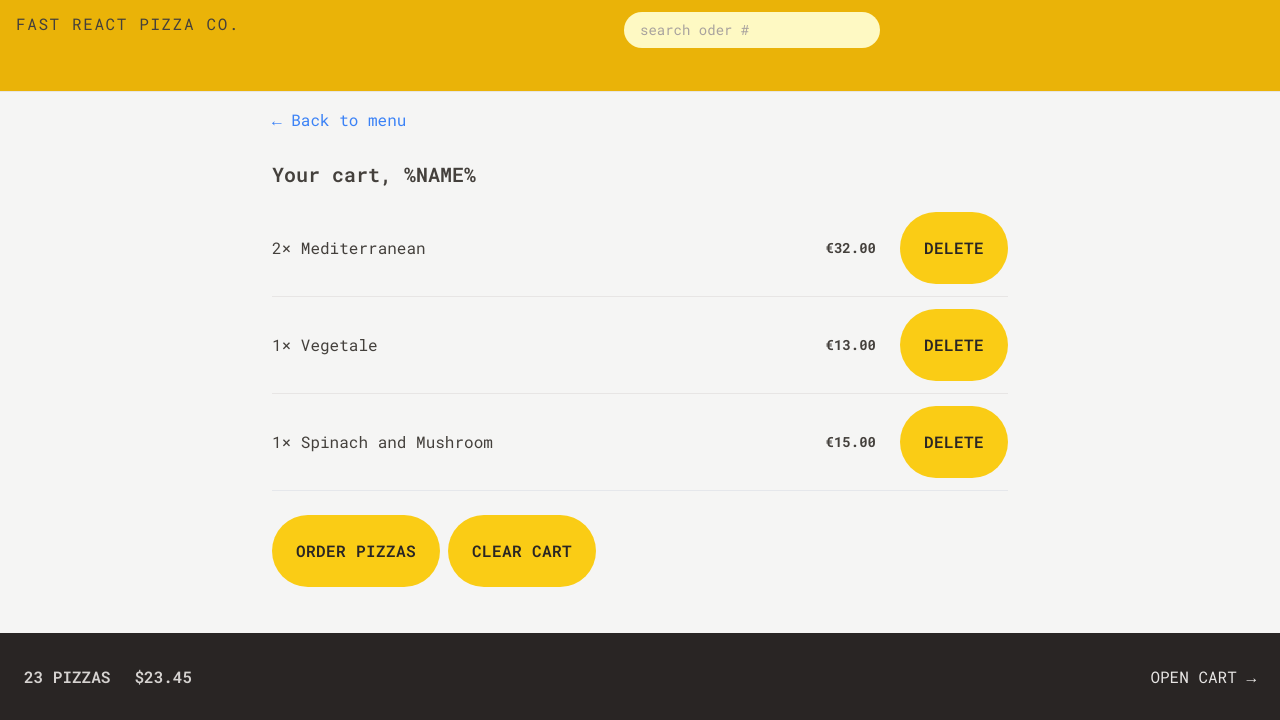
Repository: ayakhaled0001/pizza-delivery
Page: /cart
An editor plug-in stored every save of this project. The page is shown before and after the next save, followed by the edit.
The browser window is 1280 px wide. The pictures show the whole page.
The project was rebuilt for these pictures with package versions that can differ from the ones it lists, and the page was loaded fresh each time. Also part of the build but not shown: vite.config.js, src/features/user/CreateUser.jsx, src/ui/Home.jsx, src/services/apiRestaurant.jsx, src/features/menu/MenuItem.jsx, src/features/menu/Menu.jsx, src/features/order/OrderItem.jsx, src/features/order/Order.jsx and 2 more. Imported but missing from the stored project, and not drawn on this page: src/features/order/CreateOrder.

Above is the page before, as saved 2025-05-08 20:44:27.

### index.html
<!DOCTYPE html>
<html lang="en">
  <head>
    <meta charset="UTF-8" />
    <link rel="icon" type="image/svg+xml" href="/vite.svg" />
    <meta name="viewport" content="width=device-width, initial-scale=1.0" />
    <link rel="preconnect" href="https://fonts.googleapis.com" />
    <link rel="preconnect" href="https://fonts.gstatic.com" crossorigin />
    <link
      href="https://fonts.googleapis.com/css2?family=Roboto+Mono:ital,wght@0,100..700;1,100..700&display=swap"
      rel="stylesheet" />
    <title>fast react pizza</title>
  </head>
  <body class="bg-stone-100 text-stone-700">
    <div id="root"></div>
    <script type="module" src="/src/main.jsx"></script>
  </body>
</html>

### src/main.jsx
import { StrictMode } from "react";
import { createRoot } from "react-dom/client";
import App from "./App.jsx";
import "./index.css";
import { Provider } from "react-redux";
import store from "./store.js";

createRoot(document.getElementById("root")).render(
  <StrictMode>
    <Provider store={store}>
      <App />
    </Provider>
  </StrictMode>
);

### src/App.jsx
import { createBrowserRouter, RouterProvider } from "react-router-dom";
import Home from "./ui/Home";
import Menu, { loader as menuLoader } from "./features/menu/Menu";
import Cart from "./features/cart/Cart";
import CreateOrder, {
  action as CreateOrderAction,
} from "./features/order/CreateOrder";
import Order, { loader as orderLoader } from "./features/order/Order";
import AppLayout from "./ui/AppLayout";
import Error from "./ui/Error";
const router = createBrowserRouter([
  {
    element: <AppLayout />,
    children: [
      { path: "/", element: <Home /> },
      {
        path: "/menu",
        element: <Menu />,
        loader: menuLoader,
        errorElement: <Error />,
      },
      { path: "/cart", element: <Cart /> },
      {
        path: "/order/new",
        element: <CreateOrder />,
        action: CreateOrderAction,
      },
      {
        path: "/order/:orderId",
        element: <Order />,
        loader: orderLoader,
        errorElement: <Error />,
      },
    ],
  },
]);
function App() {
  return <RouterProvider router={router} />;
}

export default App;

### src/index.css
@tailwind base;
@tailwind components;
@tailwind utilities;

@layer components {
  .input {
    @apply rounded-full border
    border-stone-200
    px-4 py-2 text-sm transition-all
    duration-300 focus:outline-none
    focus:ring focus:ring-yellow-400
    md:px-5;
  }

  .loader {
    width: 45px;
    aspect-ratio: 0.75;
    --c: no-repeat linear-gradient(theme(colors.stone.700) 0 0);
    background: var(--c) 0% 50%, var(--c) 50% 50%, var(--c) 100% 50%;
    background-size: 20% 50%;
    animation: loading 1s infinite linear;
  }

  @keyframes loading {
    20% {
      background-position: 0% 0%, 50% 50%, 100% 50%;
    }
    40% {
      background-position: 0% 100%, 50% 0%, 100% 50%;
    }
    60% {
      background-position: 0% 50%, 50% 100%, 100% 0%;
    }
    80% {
      background-position: 0% 50%, 50% 50%, 100% 100%;
    }
  }
}

/* body {
  font-family: system-ui, -apple-system, BlinkMacSystemFont, "Segoe UI", Roboto,
    Oxygen, Ubuntu, Cantarell, "Open Sans", "Helvetica Neue", sans-serif;
  background-color: #f7f7f7;
  color: #444;
}

.layout {
  display: grid;
  grid-template-rows: auto 1fr auto;
  gap: 32px;
  height: 100dvh;
} */

/* https://dev.to/afif/i-made-100-css-loaders-for-your-next-project-4eje */

### src/store.js
import { configureStore } from "@reduxjs/toolkit";

import userReducer from "./features/user/userSlice";
const store = configureStore({
  reducer: {
    user: userReducer,
  },
});

export default store;

### src/features/cart/Cart.jsx
import { Link } from "react-router-dom";
import LinkButton from "../../ui/LinkButton";
import Button from "../../ui/Button";
import CartItem from "./CartItem";

const fakeCart = [
  {
    pizzaId: 12,
    name: "Mediterranean",
    quantity: 2,
    unitPrice: 16,
    totalPrice: 32,
  },
  {
    pizzaId: 6,
    name: "Vegetale",
    quantity: 1,
    unitPrice: 13,
    totalPrice: 13,
  },
  {
    pizzaId: 11,
    name: "Spinach and Mushroom",
    quantity: 1,
    unitPrice: 15,
    totalPrice: 15,
  },
];

function Cart() {
  const cart = fakeCart;

  return (
    <div className="px-4 py-4">
      <LinkButton to="/menu">&larr; Back to menu</LinkButton>

      <h2 className="mt-7 text-xl font-semibold">Your cart, %NAME%</h2>
      <ul className="divide-y divide-stone-200 border-b mt-3 ">
        {cart.map((item) => (
          <CartItem key={item.key} item={item} />
        ))}
      </ul>
      <div className="mt-6 space-x-2">
        <Button to="/order/new">Order pizzas</Button>
        {/* <Link>Order pizzas</Link> */}
        <Button>Clear cart</Button>
      </div>
    </div>
  );
}

export default Cart;

### src/ui/AppLayout.jsx
import Header from "./Header";
import CartOverview from "../features/cart/CartOverview";
import { Outlet, useNavigation } from "react-router-dom";
import Loader from "./Loader";

function AppLayout() {
  const navigation = useNavigation();
  const isLoading = navigation.state === "loading";
  console.log(navigation.state);
  return (
    <div className="grid h-screen grid-row-[auto_1fr_auto]">
      {isLoading && <Loader />}

      <Header />
      <div className="">
        <main className="max-w-3xl mx-auto">
          <Outlet />
        </main>
      </div>
      <CartOverview />
    </div>
  );
}

export default AppLayout;

### src/features/user/userSlice.js
// function getPosition() {
//   return new Promise(function (resolve, reject) {
//     navigator.geolocation.getCurrentPosition(resolve, reject);
//   });
// }

import { createSlice } from "@reduxjs/toolkit";

// async function fetchAddress() {
//   // 1) We get the user's geolocation position
//   const positionObj = await getPosition();
//   const position = {
//     latitude: positionObj.coords.latitude,
//     longitude: positionObj.coords.longitude,
//   };

//   // 2) Then we use a reverse geocoding API to get a description of the user's address, so we can display it the order form, so that the user can correct it if wrong
//   const addressObj = await getAddress(position);
//   const address = `${addressObj?.locality}, ${addressObj?.city} ${addressObj?.postcode}, ${addressObj?.countryName}`;

//   // 3) Then we return an object with the data that we are interested in
//   return { position, address };
// }

const initialState = {
  username: "",
};

const userSlice = createSlice({
  name: "user",
  initialState,
  reducers: {
    updateName(state, action) {
      state.username = action.payload;
    },
  },
});

export const { updateName } = userSlice.actions;

export default userSlice.reducer;

### src/ui/LinkButton.jsx
import { Link, useNavigate } from "react-router-dom";

function LinkButton({ children, to }) {
  const navigate = useNavigate();
  if (to === -1)
    return (
      <button
        onClick={() => navigate(-1)}
        className="tex-sm text-blue-500 hover:text-blue-700 hover:underline">
        {children}
      </button>
    );
  return (
    <Link
      to={to}
      className="tex-sm text-blue-500 hover:text-blue-700 hover:underline">
      {children}
    </Link>
  );
}

export default LinkButton;

### src/ui/Button.jsx
import { Link } from "react-router-dom";

function Button({ disabled, children, to }) {
  const className = `bg-yellow-400 uppercase font-semibold
    text-stone-800 py-3 px-4
     inline-block tracking-wide
     rounded-full hover:bg-yellow-300  transition-all duration-300
    focus:outline-none focus:ring focus:ring-yellow-300 focus:ring-offset-2
    disabled:cursor-not-allowed sm:px-6 sm:py-6`;
  if (to)
    return (
      <Link to={to} className={className}>
        {children}
      </Link>
    );
  return (
    <button disabled={disabled} className={className}>
      {children}
    </button>
  );
}

export default Button;

### src/features/cart/CartItem.jsx
import Button from "../../ui/Button";
import { formatCurrency } from "../../utilities/helpers";

function CartItem({ item }) {
  const { pizzaId, name, quantity, totalPrice } = item;

  return (
    <li className="py-3 sm:flex sm:items-center sm:justify-between">
      <p className="mb-1 sm:mb-0">
        {quantity}&times; {name}
      </p>
      <div className="flex justify-between items-center sm:gap-6">
        <p className="text-sm font-bold">{formatCurrency(totalPrice)}</p>
        <Button>Delete</Button>
      </div>
    </li>
  );
}

export default CartItem;

### src/ui/Header.jsx
import { Link } from "react-router-dom";
import SearchOrder from "../features/order/SearchOrder.jsx";
import UserName from "../features/user/UserName.jsx";

function Header() {
  return (
    <header className=" flex justify-between bg-yellow-500 px-4 py-3 uppercase border-b border-stone-200">
      <Link to="/" className="tracking-widest">
        Fast React Pizza Co.
      </Link>
      <SearchOrder />
      <UserName />
    </header>
  );
}

export default Header;

### src/features/cart/CartOverview.jsx
import { Link } from "react-router-dom";

function CartOverview() {
  return (
    <div
      className="bg-stone-800 text-stone-200 uppercase p-4 sm:px-6 px-4 py-4
    md:text-base flex items-center justify-between">
      <p className="text-stone-300 sm:space-x-6 font-semibold space-x-4">
        <span>23 pizzas</span>
        <span>$23.45</span>
      </p>
      <Link to="/cart">Open cart &rarr;</Link>
    </div>
  );
}

export default CartOverview;

### src/features/order/SearchOrder.jsx
import { useState } from "react";
import { useNavigate } from "react-router-dom";

function SearchOrder() {
  const [query, setQuery] = useState("");
  const navigate = useNavigate();
  function handleSubmit(e) {
    e.preventDefault();
    if (!query) return;
    navigate(`/order/${query}`);
    setQuery("");
  }
  return (
    <form onSubmit={handleSubmit}>
      <input
        placeholder="search oder #"
        value={query}
        onChange={(e) => setQuery(e.target.value)}
        className="duration-300 sm:w-64 focus:outline-none focus:ring
         focus:ring-yellow-500 focus:ring-opacity-50  sm:focus:w-72 transition-all w-28
         bg-yellow-100 rounded-full px-4 py-2 text-sm placeholder:text-stone-400"
      />
    </form>
  );
}

export default SearchOrder;

### src/features/user/UserName.jsx
import { useSelector } from "react-redux";

function UserName() {
  const username = useSelector((state) => state.user.username);
  return (
    <div className="hidden md:block text-sm font-semibold">{username}</div>
  );
}

export default UserName;

### tailwind.config.js
/** @type {import('tailwindcss').Config} */
export default {
  content: ["./index.html", "./src/**/*.{js,jsx,ts,tsx}"],
  theme: {
    fontFamily: {
      sans: "Roboto Mono , monospace",
    },
    extend: {
      fontSize: {
        huge: ["80rem", { lineHeight: "1" }],
      },
      height: {
        screen: "100dvh",
      },
    },
  },
  plugins: [],
};

Loaded but not shown: src/utilities/helpers.jsx (common file)

After the next save:
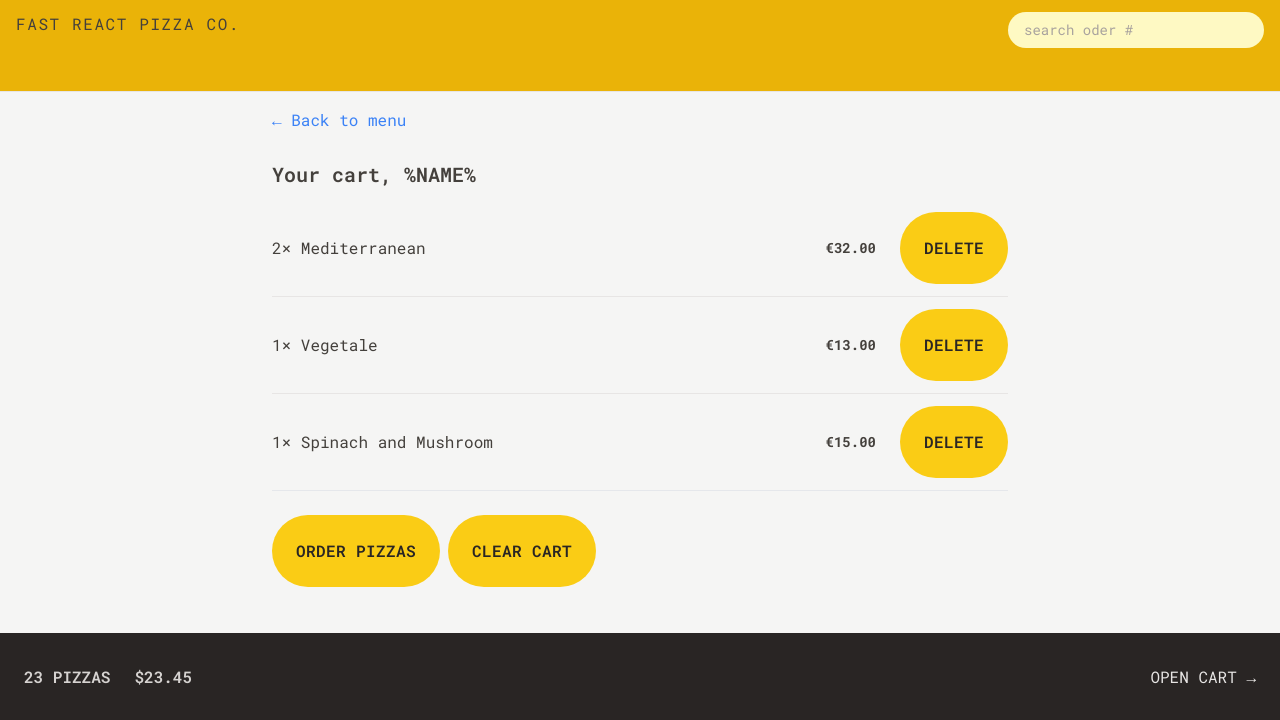
Saved 2 min 20 s later.
--- a/src/features/user/UserName.jsx
+++ b/src/features/user/UserName.jsx
@@ -2,6 +2,7 @@ import { useSelector } from "react-redux";
 
 function UserName() {
   const username = useSelector((state) => state.user.username);
+  if (!username) return null;
   return (
     <div className="hidden md:block text-sm font-semibold">{username}</div>
   );
